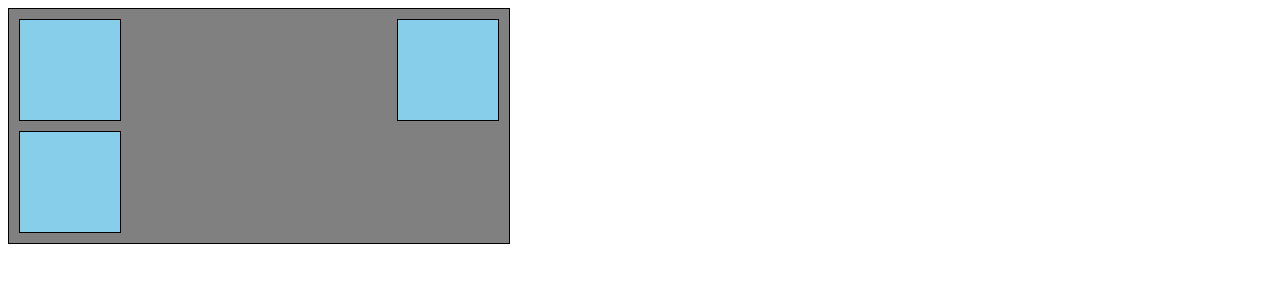
Repository: 123648923/html5-css3
Page: css/16 浮动/03 浮动小练习.html
An editor plug-in stored every save of this project. The page is shown before and after the next save, followed by the edit.
The browser window is 1280 px wide. The pictures show the whole page.

Above is the page before, as saved 2023-11-07 16:09:35.

### css/16 浮动/03 浮动小练习.html
<!DOCTYPE html>
<html lang="zh-CN">

<head>
    <meta charset="UTF-8">
    <title>浮动小练习</title>
    <style>
        .outer {
            width: 500px;
            background-color: gray;
            border: 1px solid black;
        }

        .box {
            width: 100px;
            height: 100px;
            background-color: skyblue;
            border: 1px solid black;
            margin: 10px;
        }

        .box1 {
            float: right;
        }
    </style>
</head>

<body>
    <div class="outer">
        <div class="box box1"></div>
        <div class="box box2"></div>
        <div class="box box3"></div>
    </div>
</body>

</html>

After the next save:
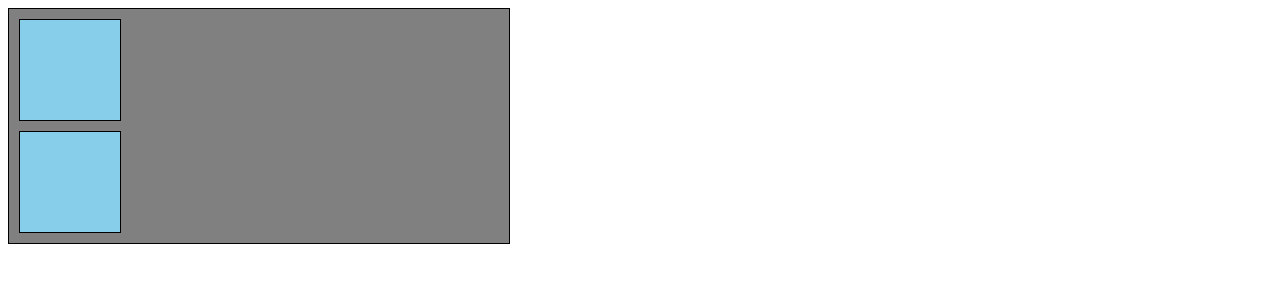
Saved 66 s later.
--- a/css/16 浮动/03 浮动小练习.html
+++ b/css/16 浮动/03 浮动小练习.html
@@ -20,7 +20,8 @@
         }
 
         .box1 {
-            float: right;
+            /* float: right; */
+            float: left;
         }
     </style>
 </head>
